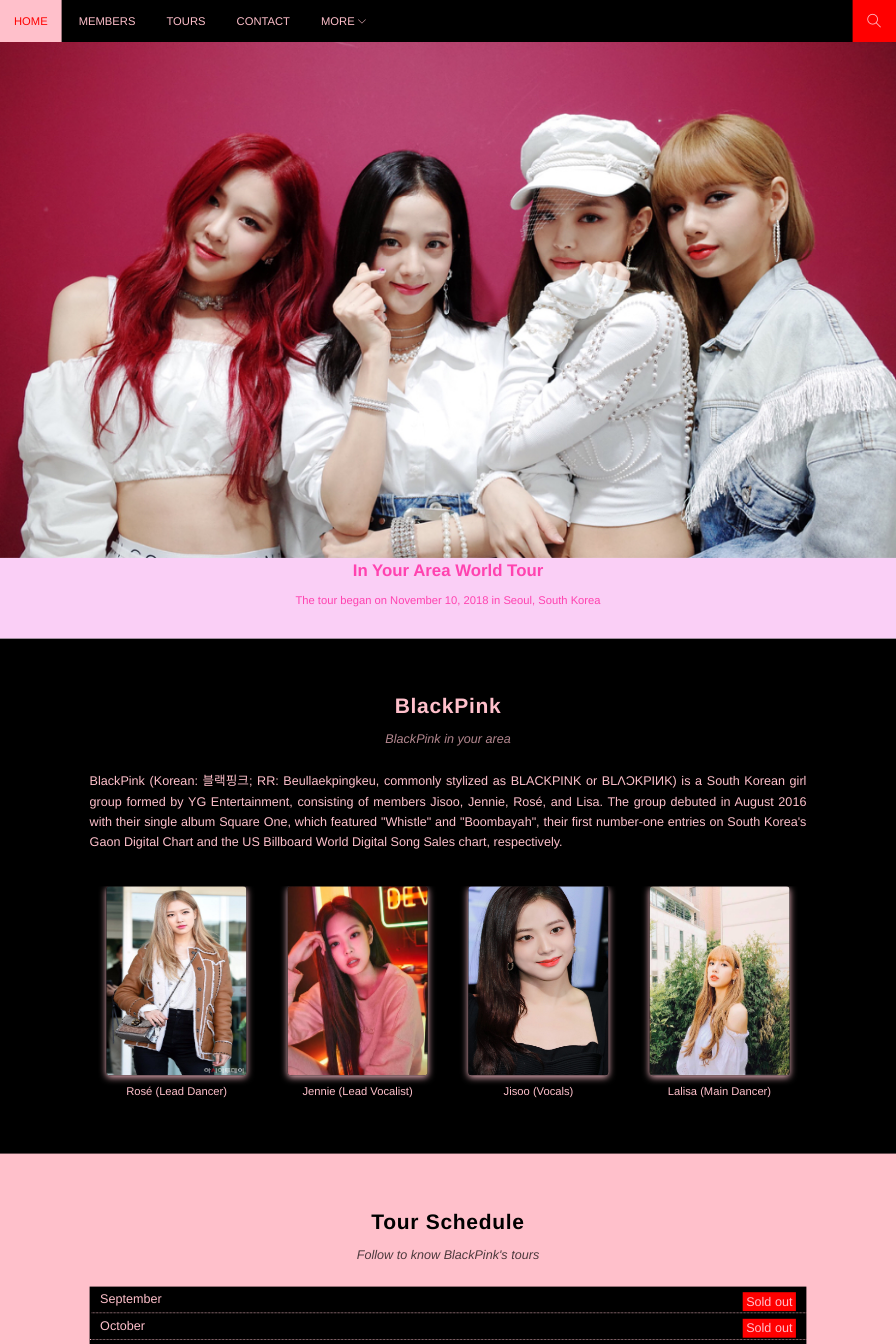
Repository: harrycricket/Blackpink_Band_Deploy
Page: index.html
The author's editor kept a copy of each file at every save. The page is drawn from the files as they stood at one save, then again after the next save.
The browser window is 1280 px wide. The pictures show the part of the page from y = 0 to 1920 px (the page is 3310 px tall), at 70% of full size.
Empty fields were first filled with sample values (such as "Sample", 5 or name@example.com).
After loading, the first visible `#mobile-id` was clicked once.

Above is the page before, as saved 2023-03-26 01:34:40.
Console error: ReferenceError: auto is not defined

After the next save:
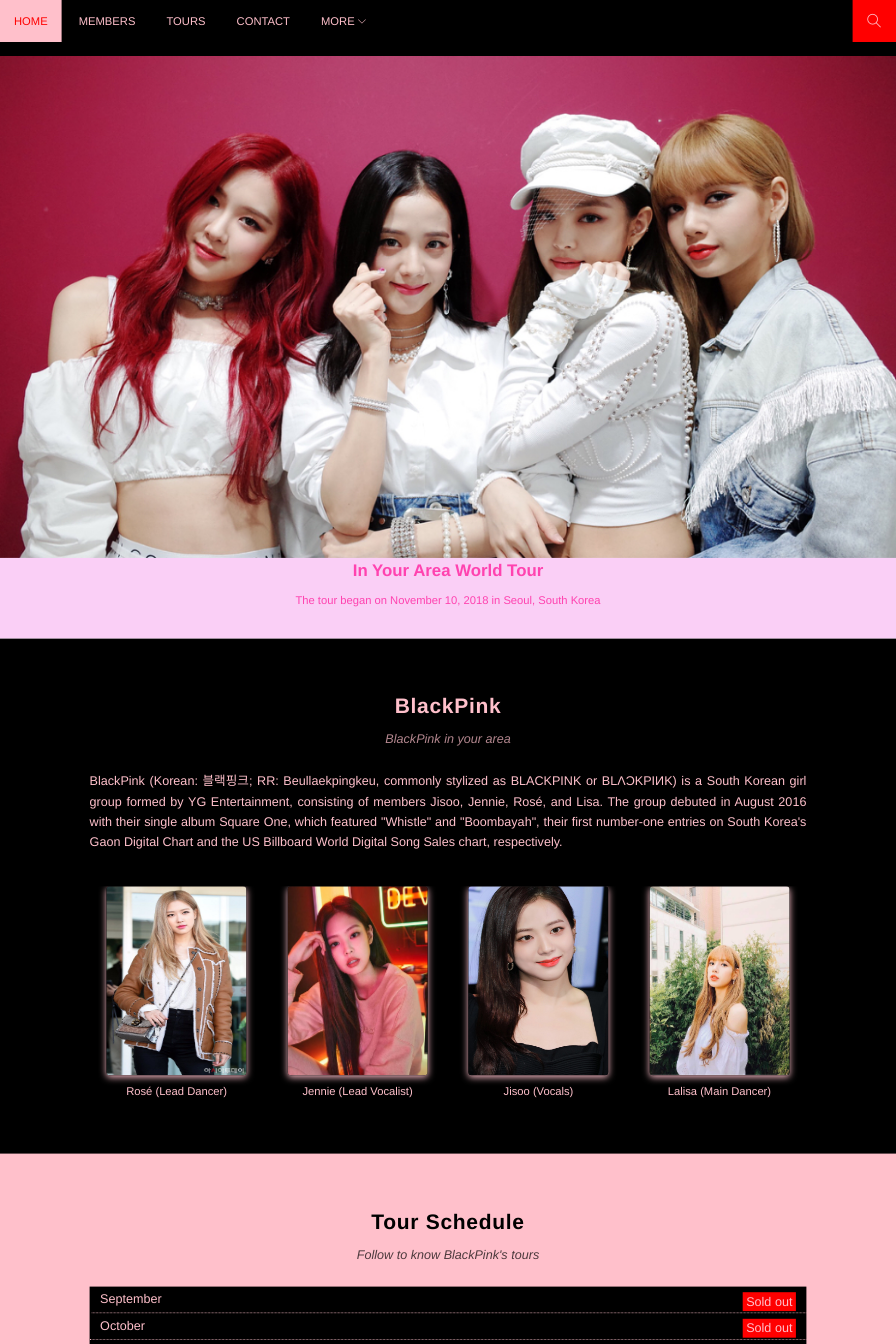
The error is gone.
Saved 33 s later.
--- a/index.html
+++ b/index.html
@@ -439,9 +439,9 @@
 
         mobileMenu.onclick = () => {
             if (currentHeight === header.clientHeight) {
-                header.style.height = auto;
+                header.style.height = "auto";
             } else {
-                header.style.height = auto;
+                header.style.height = null;
             }
         }
     </script>
